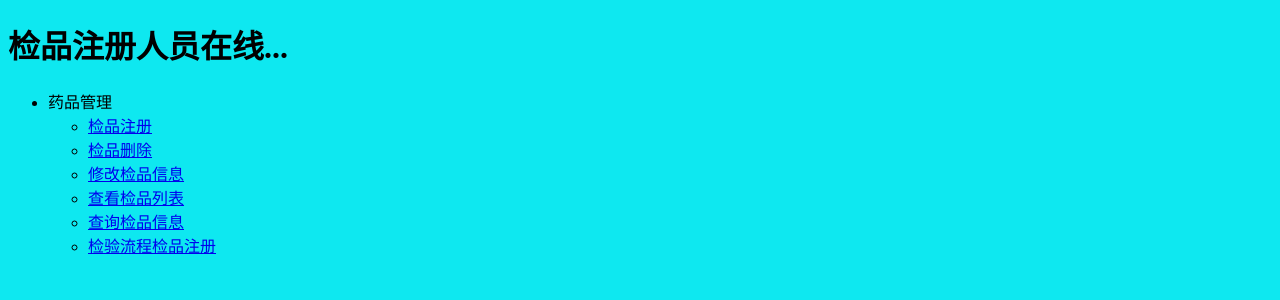
Repository: Shaoxubao/Java
Page: http://localhost/msm/jsp/sample/regi_menu.jsp
An editor plug-in stored every save of this project. The page is shown before and after the next save, followed by the edit.
The browser window is 1280 px wide. The pictures show the whole page.
The page is served by Tomcat 9. Nobody is signed in. The application's start-up code is not run.

Above is the page before, as saved 2015-06-10 08:11:33.

After the next save:
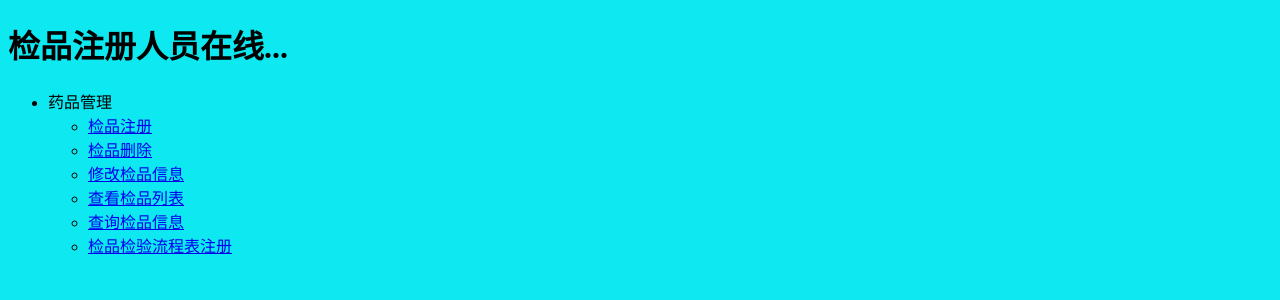
Saved 86 s later.
--- a/msm/WebContent/jsp/sample/regi_menu.jsp
+++ b/msm/WebContent/jsp/sample/regi_menu.jsp
@@ -18,7 +18,7 @@
           <li><a href="<%=request.getContextPath()%>/samplem/update" target="main">修改检品信息</a></li>
           <li><a href="<%=request.getContextPath()%>/samplem/samples" target="main">查看检品列表</a></li>
           <li><a href="<%=request.getContextPath()%>/samplem/show" target="main">查询检品信息</a></li>
-          <li><a href="<%=request.getContextPath()%>/samplem/show" target="main">检验流程检品注册</a></li>
+          <li><a href="<%=request.getContextPath()%>/samplem/show" target="main">检品检验流程表注册</a></li>
         </ul>
       </ul>
     </div>
